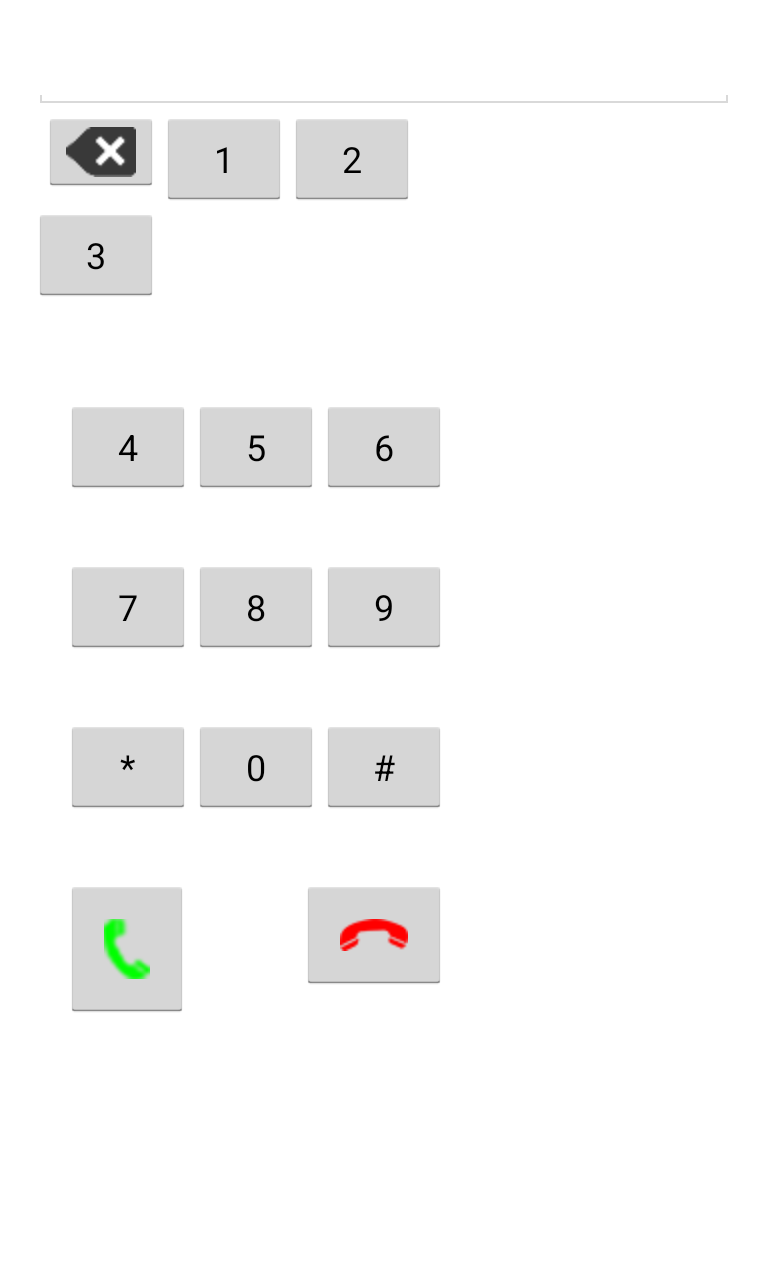
Repository: andreeastoican/Laborator03
Layout: PhoneDialer/res/layout/activity_phone_dialer.xml
These files come from the project's save history. The layout is drawn as it stood at one moment and after the next save; the edit follows.
It is drawn on a 768 x 1280 px phone screen (xhdpi) without system bars, with theme AppTheme; the app's code is not run.

Above is the layout before, as saved 2015-03-10 09:56:17.

After the next save:
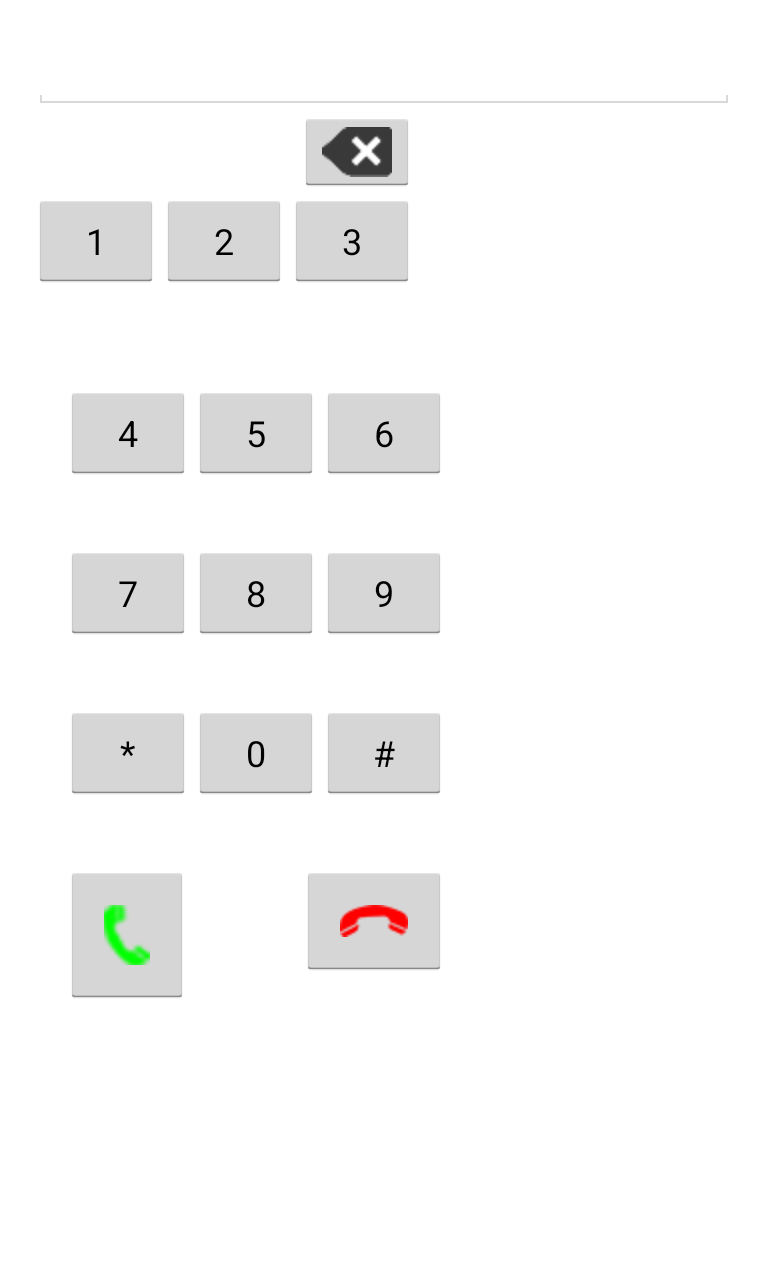
Saved 104 s later.
--- a/PhoneDialer/res/layout/activity_phone_dialer.xml
+++ b/PhoneDialer/res/layout/activity_phone_dialer.xml
@@ -34,6 +34,7 @@
         android:layout_below="@id/id_edit_text"
         android:layout_alignParentRight="true"
         android:layout_gravity="right"
+		android:layout_columnSpan="3"
     	/>
 
         <Button
